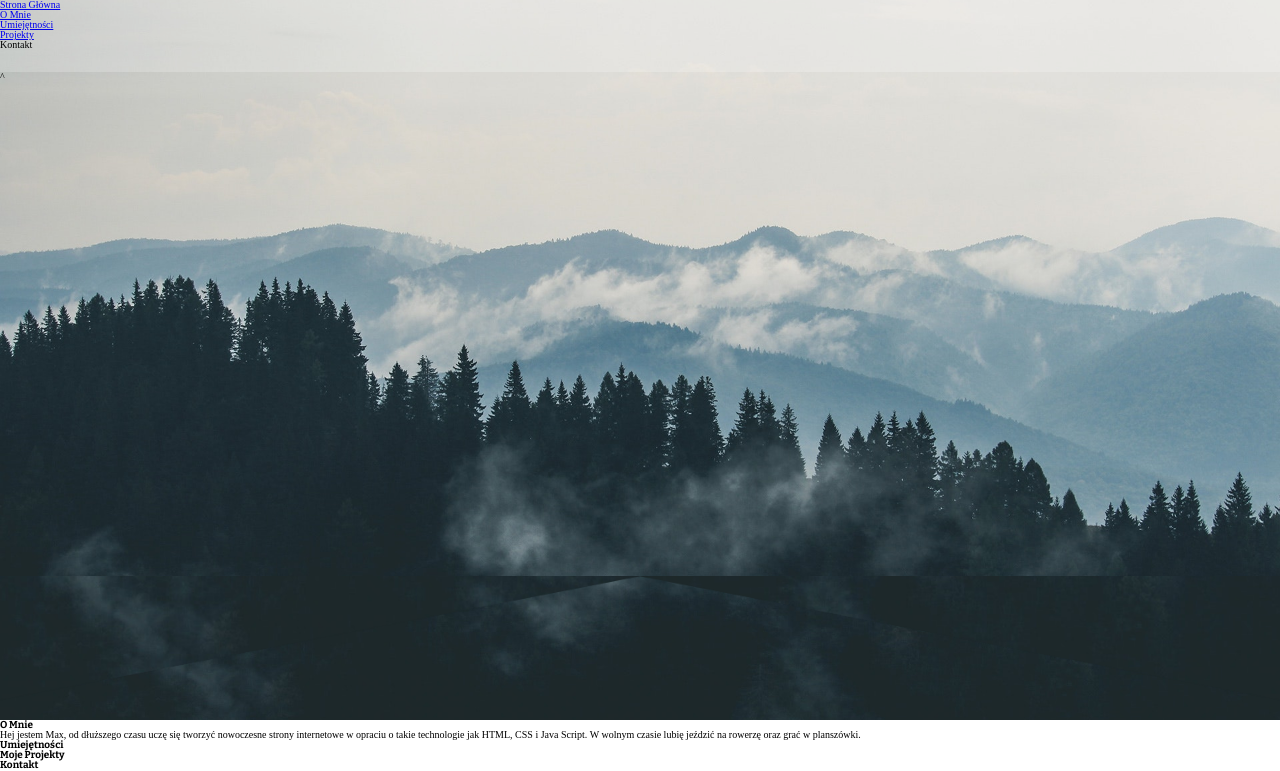
Repository: Maxs777/wizytowka
Page: index.html
The author's editor kept a copy of each file at every save. The page is drawn from the files as they stood at one save, then again after the next save.
The browser window is 1280 px wide. The pictures show the whole page.

Above is the page before, as saved 2019-03-10 12:42:11.

After the next save:
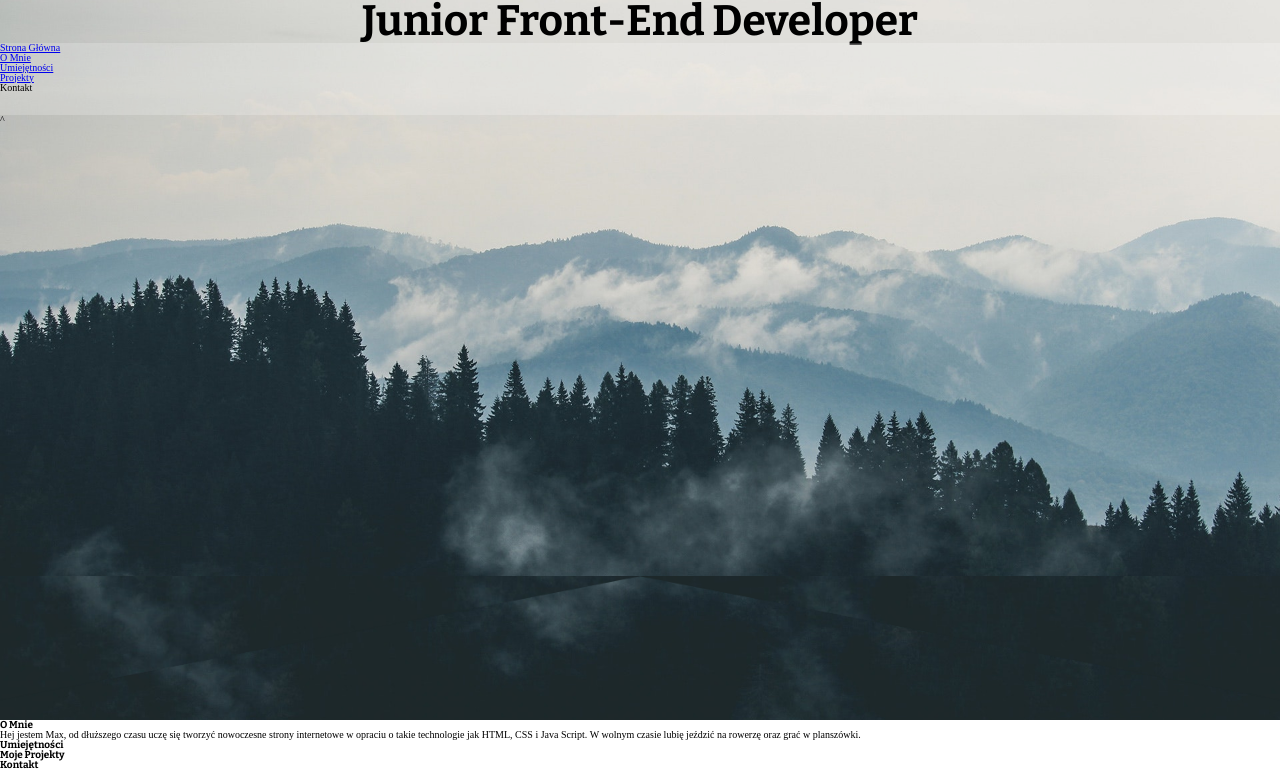
Saved 4 s later.
--- a/index.html
+++ b/index.html
@@ -18,6 +18,7 @@
     <h2 class="hide">Strona Wizytówka - Maksymilian Suchocki</h2>
    <div class="container">
        <header>
+<h1>Junior Front-End Developer</h1>
         <nav>
             <h2 class="hide">Główna Nawigacja</h2>
             <ul>
